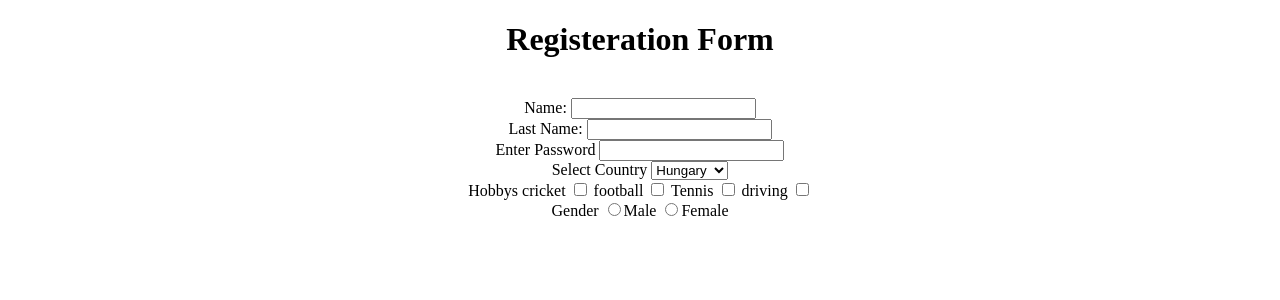
Repository: DevKhanHassam/SpringMvc
Page: http://localhost/formPractice/WEB-INF/views/form.jsp
An editor plug-in stored every save of this project. The page is shown before and after the next save, followed by the edit.
The browser window is 1280 px wide. The pictures show the whole page.
The page is served by Tomcat 9. Nobody is signed in. The template is opened directly, without the code that normally fills it, so the values that code supplies are empty.

Above is the page before, as saved 2024-05-16 18:21:56.

After the next save:
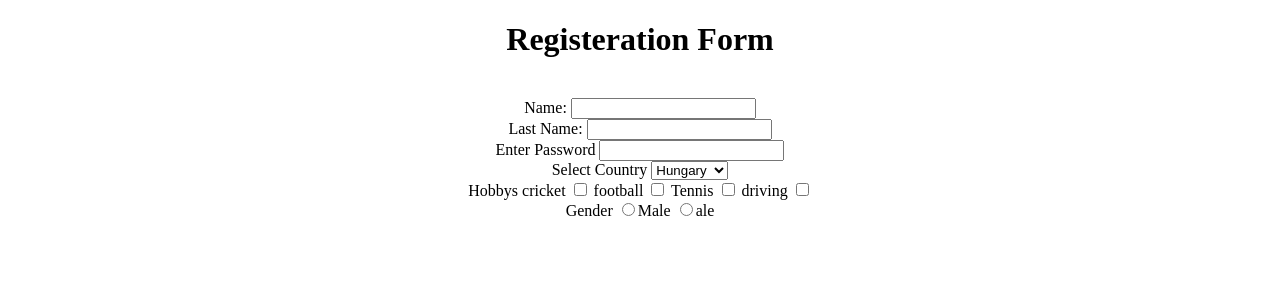
Saved 34 s later.
--- a/formPractice/src/main/webapp/WEB-INF/views/form.jsp
+++ b/formPractice/src/main/webapp/WEB-INF/views/form.jsp
@@ -41,7 +41,7 @@
 
 		     <label>Gender</label>
 		     <form:radiobutton label="Male" value="Male" path="gender"/>
-		      <form:radiobutton label="Female" value="female" path="gender"/>
+		      <form:radiobutton label="ale" value="female" path="gender"/>
 
 		</form:form>
 

After the save that followed:
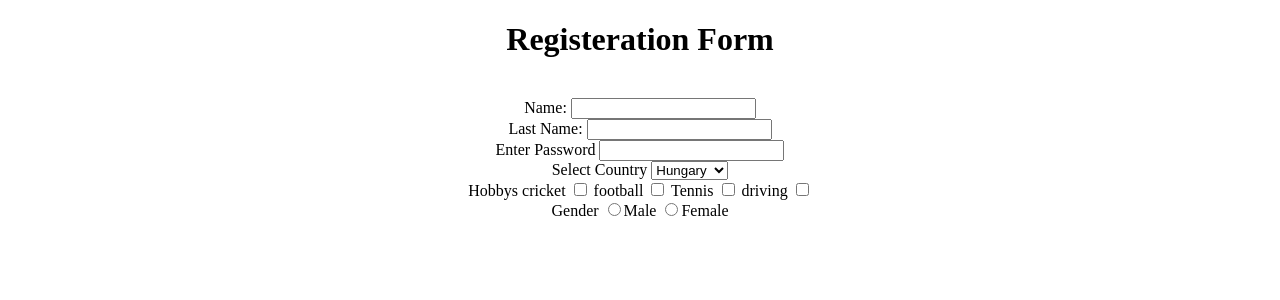
Saved 12 s later.
--- a/formPractice/src/main/webapp/WEB-INF/views/form.jsp
+++ b/formPractice/src/main/webapp/WEB-INF/views/form.jsp
@@ -41,7 +41,7 @@
 
 		     <label>Gender</label>
 		     <form:radiobutton label="Male" value="Male" path="gender"/>
-		      <form:radiobutton label="ale" value="female" path="gender"/>
+		      <form:radiobutton label="Female" value="female" path="gender"/>
 
 		</form:form>
 
